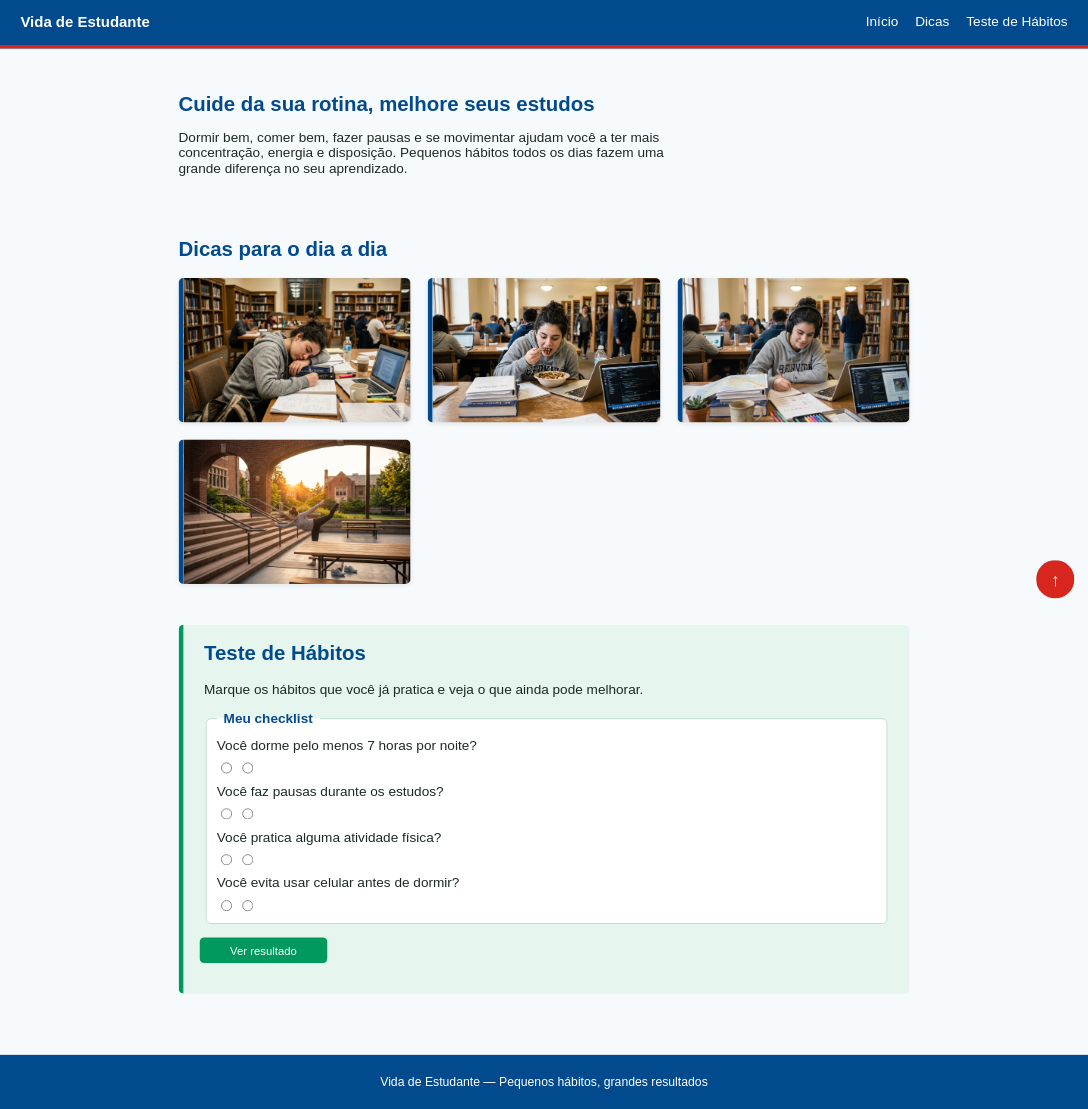
Repository: antonymsantana-design/healf-student
Page: index.html
An editor plug-in stored every save of this project. The page is shown before and after a run of saves, followed by the edit.
The browser window is 1280 px wide. The pictures show the whole page, at 85% of full size.
The pointer rests on the first visible `.btn`.

Above is the page before, as saved 2026-10-12 22:30:48.

After the next 2 saves:
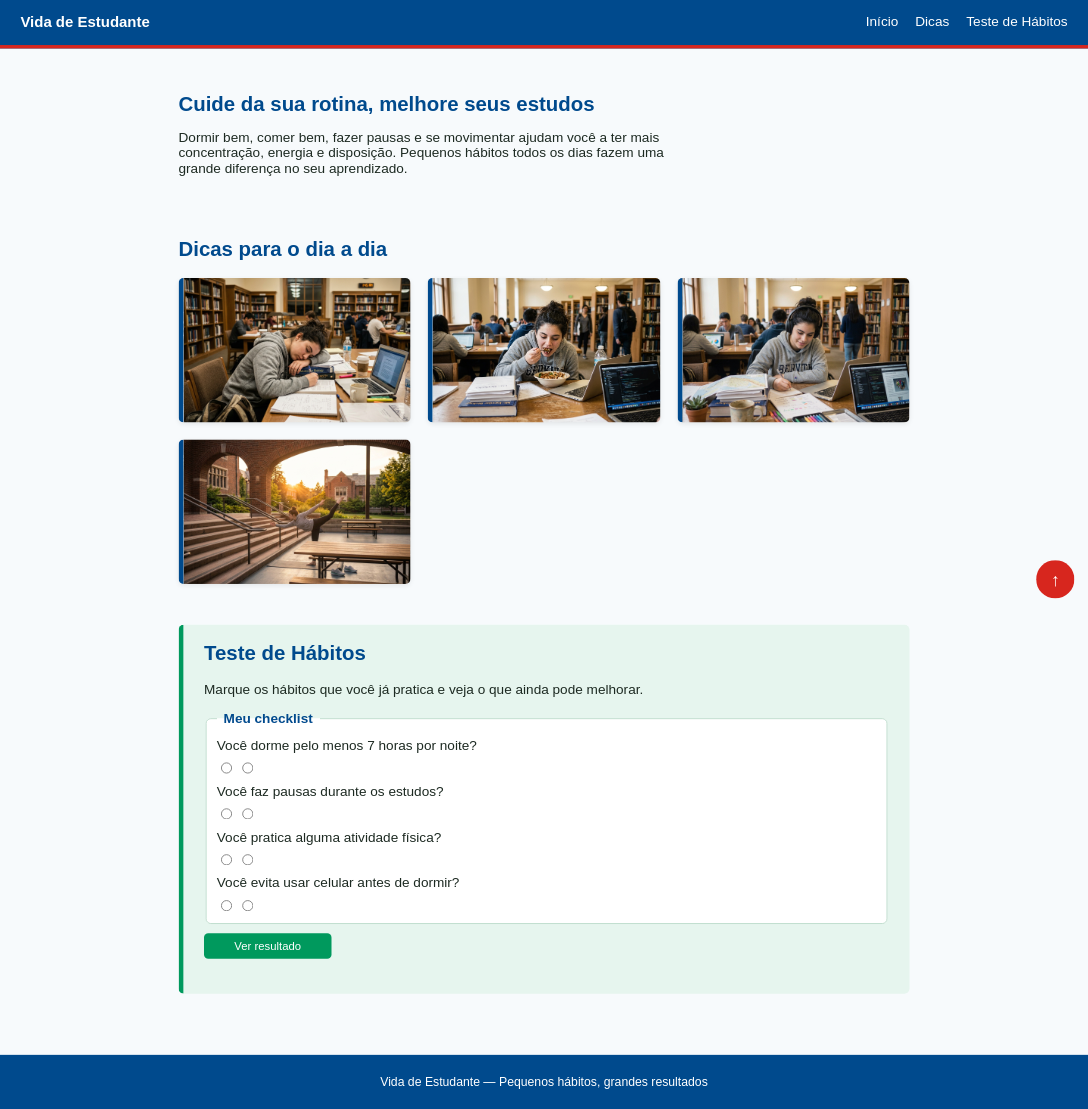
The 2 saves are shown as one change because they came seconds apart.
The last was saved 11 s later.
--- a/style.css
+++ b/style.css
@@ -86,7 +86,7 @@ h2 {
 }
 
 .btn:hover{
-    transform:translateX(-5px);
+    transform:translateY(-5px);
 }
 
 .ilustracao {
